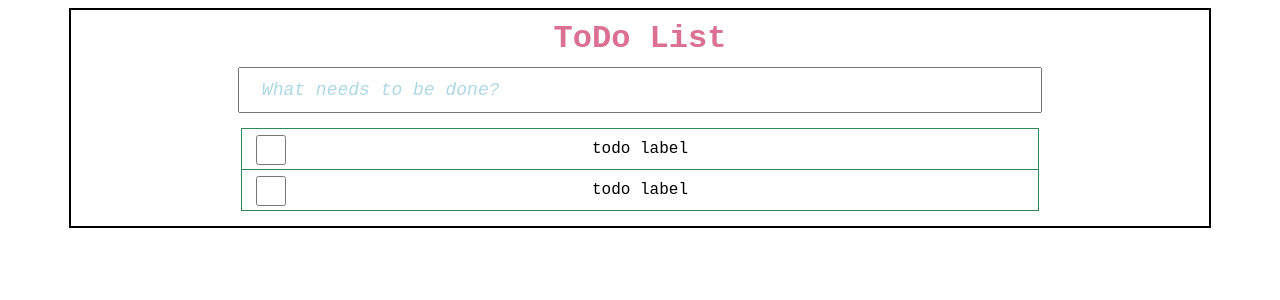
Repository: litalsh/To-Do-List
Page: index.html
The author's editor kept a copy of each file at every save. The page is drawn from the files as they stood at one save, then again after the next save.
The browser window is 1280 px wide. The pictures show the whole page.

Above is the page before, as saved 2019-10-24 17:56:01.

After the next save:
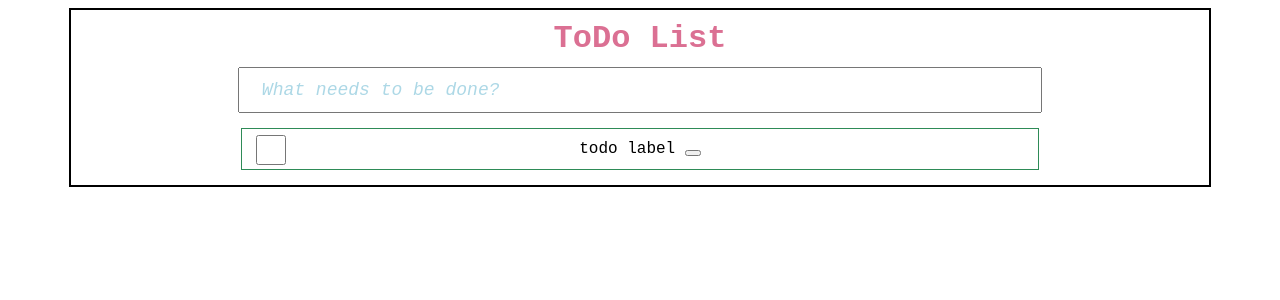
Saved 56 s later.
--- a/index.html
+++ b/index.html
@@ -20,14 +20,7 @@
                 <div>
                     <input type="checkbox" class="checked">
                     <label>todo label</label>
-                    <div class="remove"></div>
-                </div>
-            </li>
-            <li class="todo_item">
-                <div>
-                    <input type="checkbox" class="checked">
-                    <label>todo label</label>
-                    <div class="remove"></div>
+                    <button class="remove"></button>
                 </div>
             </li>
         </ul>
